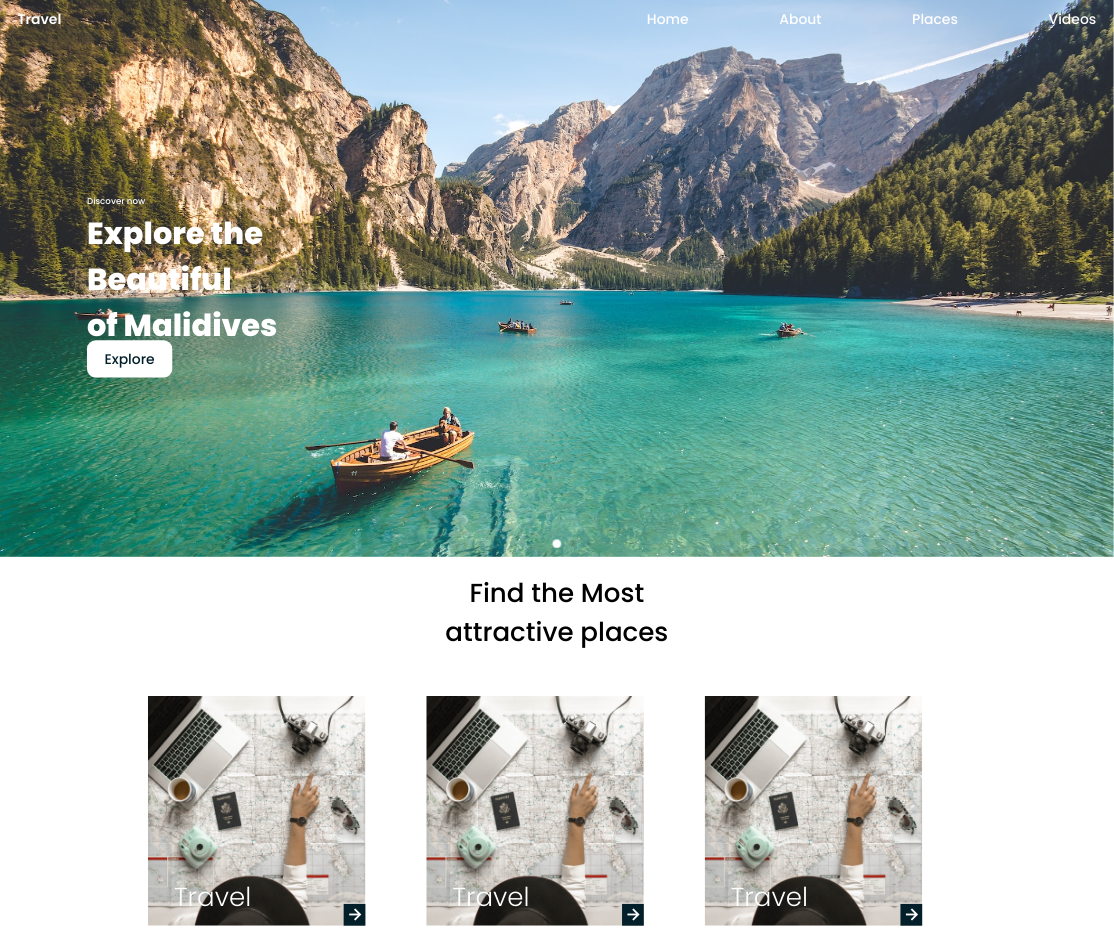
Repository: OmniaRafat232111121/Traveling
Page: index.html
An editor plug-in stored every save of this project. The page is shown before and after the next save, followed by the edit.
The browser window is 1280 px wide. The pictures show the whole page, at 87% of full size.

Above is the page before, as saved 2022-12-20 11:41:01.

After the next save:
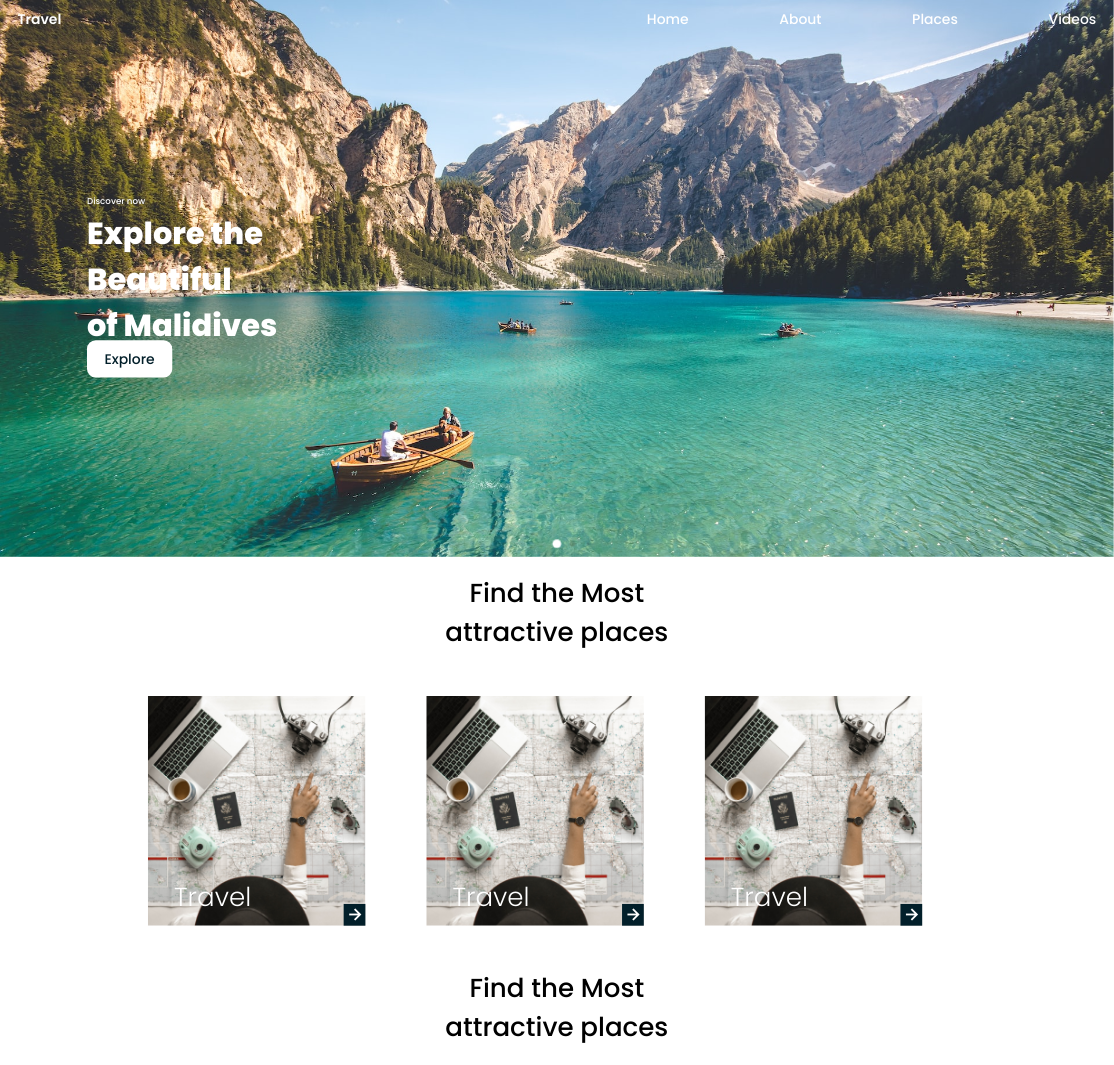
Saved 15 s later.
--- a/index.html
+++ b/index.html
@@ -113,6 +113,7 @@
 
    <section class="Videos" id="Videos">
     <div class="heading">
+        <h1>Find the Most <br>attractive places</h1>
 
     </div>
 
